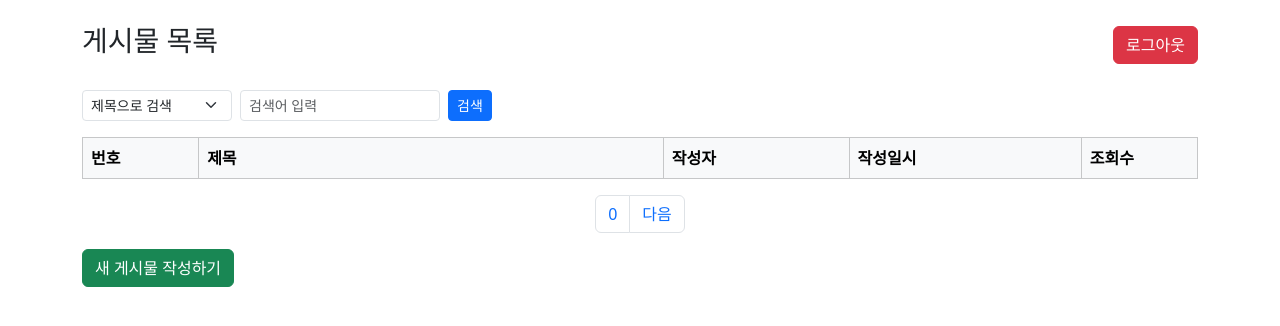
Repository: LHH-commits/SpringBoot_simple_board
Page: http://localhost/lcomputerstudy/WEB-INF/views/list.jsp
An editor plug-in stored every save of this project. The page is shown before and after the next save, followed by the edit.
The browser window is 1280 px wide. The pictures show the whole page.
The page is served by Tomcat 9. Nobody is signed in. Other server files are loaded and not shown. The template is opened directly, without the code that normally fills it, so the values that code supplies are empty.

Above is the page before, as saved 2024-09-23 01:31:44.

### lcomputerstudy/src/main/webapp/WEB-INF/views/list.jsp
<%@ page language="java" contentType="text/html; charset=UTF-8" pageEncoding="UTF-8"%>
<%@ taglib prefix="c" uri="http://java.sun.com/jsp/jstl/core"%>

<!DOCTYPE html>
<html>
<head>
<meta charset="UTF-8">
<title>게시물 목록</title>
<script src="https://ajax.googleapis.com/ajax/libs/jquery/1.12.4/jquery.min.js"></script>
<link href="https://cdn.jsdelivr.net/npm/bootstrap@5.3.3/dist/css/bootstrap.min.css" rel="stylesheet" integrity="sha384-QWTKZyjpPEjISv5WaRU9OFeRpok6YctnYmDr5pNlyT2bRjXh0JMhjY6hW+ALEwIH" crossorigin="anonymous">
<script src="https://cdn.jsdelivr.net/npm/bootstrap@5.3.3/dist/js/bootstrap.bundle.min.js" integrity="sha384-YvpcrYf0tY3lHB60NNkmXc5s9fDVZLESaAA55NDzOxhy9GkcIdslK1eN7N6jIeHz" crossorigin="anonymous"></script>
<!-- <style>
        body {
            font-family: Arial, sans-serif;
            margin: 20px;
        }
        table {
            width: 100%;
            border-collapse: collapse;
            margin-bottom: 20px;
        }
        th, td {
            padding: 10px;
            text-align: left;
            border-bottom: 1px solid #ddd;
        }
        th {
            background-color: #f4f4f4;
        }
        tr:hover {
            background-color: #f1f1f1;
        }
        h1 {
            color: #333;
        }
        .container {
            max-width: 1200px;
            margin: 0 auto;
        }
        .button {
            padding: 10px 15px;
            text-decoration: none;
            color: #fff;
            background-color: #007bff;
            border-radius: 5px;
            font-size: 16px;
            display: inline-block;
            margin-bottom: 20px;
        }
        .button:hover {
            background-color: #0056b3;
        }
        .header {
	        display: flex;
	        justify-content: space-between;
	        align-items: center;
	        margin-bottom: 20px;
   		}
    	.logout-button {
	        padding: 10px 15px;
	        text-decoration: none;
	        color: #fff;
	        background-color: #dc3545;
	        border-radius: 5px;
	        font-size: 16px;
   		}
    	.logout-button:hover {
        	background-color: #c82333;
   		}
   		.pagination {
	        text-align: center;
	        margin: 20px 0;
	    }
	    .pagination a {
	        color: #007bff;
	        text-decoration: none;
	        padding: 10px 15px;
	        border: 1px solid #ddd;
	        border-radius: 5px;
	        margin: 0 5px;
	    }
	    .pagination a:hover, .pagination a.active {
	        background-color: #007bff;
	        color: #fff;
	        border-color: #007bff;
	    }
	    .pagination .disabled {
	        color: #ddd;
	        border-color: #ddd;
	        cursor: not-allowed;
	    }
    </style> -->
<script>
    function goToList() {
        window.location.href = "/list"; // 전체 리스트로 이동
    }
</script>
</head>
<body>
    <div class="container mt-4">
    	<div class="d-flex justify-content-between align-items-center mb-4">
    		<h1 class="h3" onclick="goToList()" style="cursor: pointer;">게시물 목록</h1>
    		<a href="/logout" class="btn btn-danger">로그아웃</a>
    	</div>
	<form action="/list" method="get" class="d-flex mb-3">
	    <select name="searchOption" class="form-select form-select-sm me-2" style="width:150px">
	        <option value="title" ${searchparam.searchOption == 'title' ? 'selected' : ''}>제목으로 검색</option>
	        <option value="content" ${searchparam.searchOption == 'content' ? 'selected' : ''}>내용으로 검색</option>
	        <option value="titleContent" ${searchparam.searchOption == 'titleContent' ? 'selected' : ''}>제목+내용으로 검색</option>
	    </select>
    	<input type="text" name="searchKeyword" class="form-control form-control-sm me-2" style="width:200px" value="${searchparam.searchKeyword != null ? searchparam.searchKeyword : ''}" placeholder="검색어 입력">
   		<button type="submit" class="btn btn-primary btn-sm">검색</button>
	</form>
    <table class="table table-hover table-bordered">
        <thead class="table-light">
            <tr>
                <th style="width: 5%">번호</th>
                <th style="width: 20%">제목</th>
                <th style="width: 8%">작성자</th>
                <th style="width: 10%">작성일시</th>
                <th style="width: 5%">조회수</th>
            </tr>
        </thead>
        <tbody>
            <c:forEach var="item" items="${list}">
                <tr>
                    <td>${item.bId}</td>
                    <td><a href="/detailBoard?bId=${item.bId}&page=${pagination.page}&searchOption=${searchparam.searchOption}&searchKeyword=${searchparam.searchKeyword}"
                    class="text-decoration-none">${item.bTitle}</a></td>
                    <td>${item.bWriter}</td>
                    <td>${item.bDateTime}</td>
                    <td>${item.bViews}</td>
                </tr>
            </c:forEach>
        </tbody>
    </table>
    <nav>
		<ul class="pagination justify-content-center">
		    <c:if test="${pagination.prevPage > 0}">
		    	<li class="page-item">
		        	<a class="page-link" href="/list?page=${pagination.prevPage}&searchOption=${searchparam.searchOption}&searchKeyword=${searchparam.searchKeyword}">이전</a>
		    </c:if>
		    <c:forEach var="i" begin="${pagination.startPage}" end="${pagination.endPage}">
		    	<li class="page-item ${i == pagination.page ? 'active' : ''}">
		        	<a class="page-link" href="/list?page=${i}&searchOption=${searchparam.searchOption}&searchKeyword=${searchparam.searchKeyword}">${i}</a>
		        </li>
		    </c:forEach>
		    <c:if test="${pagination.nextPage <= pagination.lastPage}">
		    	<li class="page-item">
		        	<a class="page-link" href="/list?page=${pagination.nextPage}&searchOption=${searchparam.searchOption}&searchKeyword=${searchparam.searchKeyword}">다음</a>
		    	</li>
		    </c:if>
		</ul>
	</nav>
        <a href="/insertBoard" class="btn btn-success">새 게시물 작성하기</a>
    </div>
</body>
</html>

After the next save:
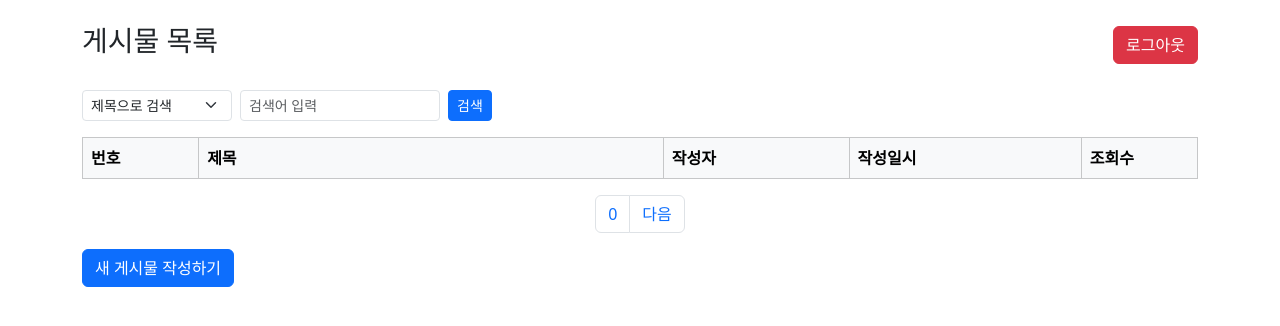
Saved 112 s later.
--- a/lcomputerstudy/src/main/webapp/WEB-INF/views/list.jsp
+++ b/lcomputerstudy/src/main/webapp/WEB-INF/views/list.jsp
@@ -152,7 +152,7 @@
 		    </c:if>
 		</ul>
 	</nav>
-        <a href="/insertBoard" class="btn btn-success">새 게시물 작성하기</a>
+        <a href="/insertBoard" class="btn btn-primary">새 게시물 작성하기</a>
     </div>
 </body>
 </html>
